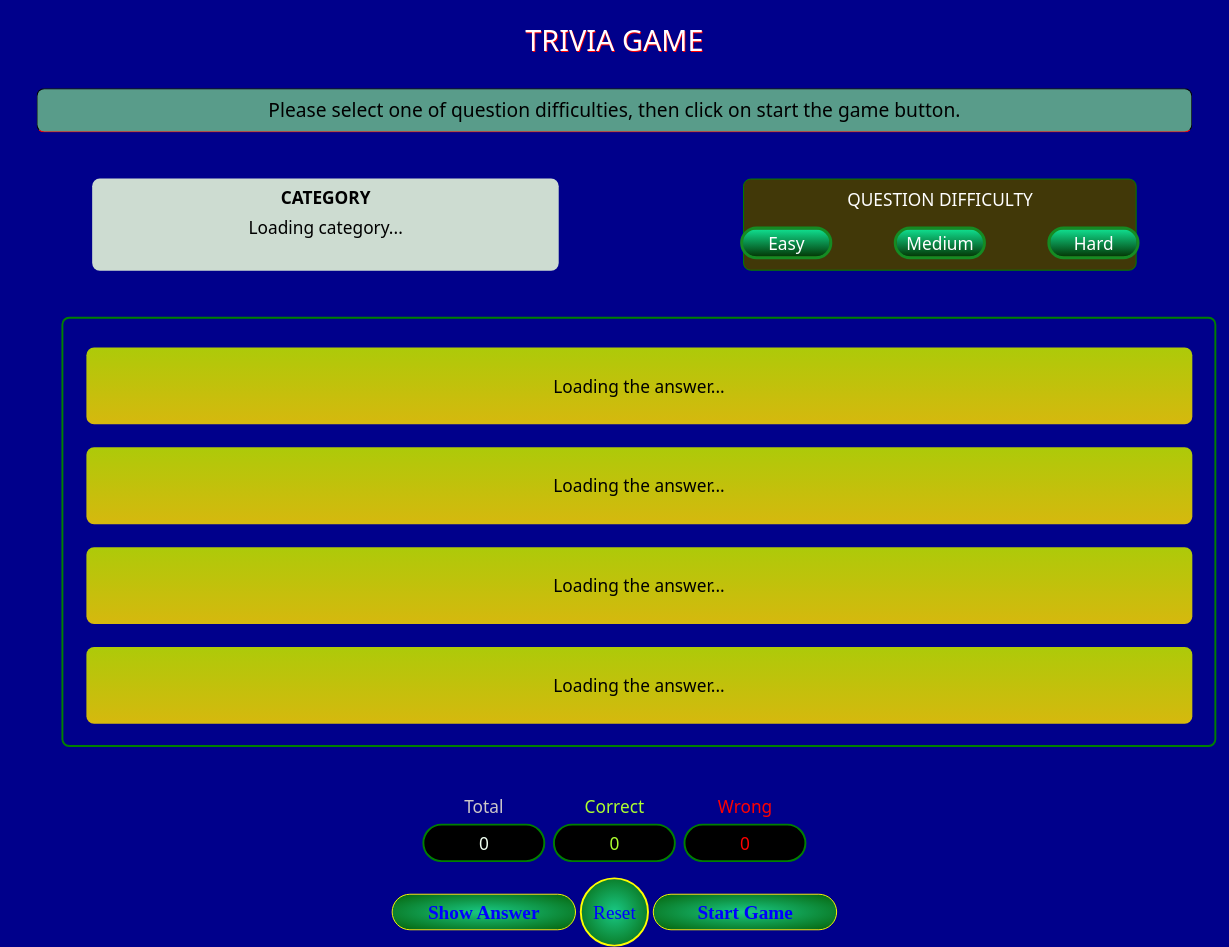
Repository: ShindanoSingi/bembe-trivia
Page: index.html
The author's editor kept a copy of each file at every save. The page is drawn from the files as they stood at one save, then again after the next save.
The browser window is 1280 px wide. The pictures show the whole page, at 96% of full size.
Some web libraries are served in a nearby version.

Above is the page before, as saved 2022-09-08 02:58:07.

### index.html
<!DOCTYPE html>
<html lang="en">

    <head>
        <meta charset="UTF-8">
        <meta http-equiv="X-UA-Compatible" content="IE=edge">
        <meta name="viewport" content="width=device-width, initial-scale=1.0">
        <link rel="stylesheet" href="style.css">
        <script src="https://cdn.tailwindcss.com"></script>
        <title>Trivia Game</title>
    </head>

    <body class="">
        <div class="containerBox max-h-[100vh] my-2 flex my-2 flex-col gap-[3rem]">
            <h1 class="text-center text-3xl relative top-4" >TRIVIA GAME</h1>
            <div class="questionBox text-center w-[94vw] md:text-xl h-[6.5rem] p-2 md:p-2 mx-auto rounded-lg">
                Please select one of question difficulties, then click on start the game button.
            </div>
            <div class="category-and-difficulty-container items-center justify-around flex">
                <div class="category-container w-[38vw] md:h-[6rem] h-[4.5rem] bg-[#CDDCD1] flex items-center flex-col py-[0.3rem] rounded-lg">
                    <div class="labelCategory text-sm md:text-lg font-bold md:font-bold text-black">CATEGORY</div>
                    <div class="category text-sm md:text-lg text-center p-1 rounded-lg">
                        Loading category...
                    </div>
                </div>
                <div class="qDifficultyBox w-[50vw] xl:w-[32vw] pb-1 rounded-lg items-center flex h-[4.5rem] md:h-[6rem] justify-around flex-col">
                        <div id="question" class="qCat md:text-lg text-sm">QUESTION DIFFICULTY</div>
                        <div class="difficulties-container lg:gap-10 xl:gap-10 md:flex md:space-x-6 flex gap-1">
                            <button class="difficulty px-1.5 md:w-[6rem] text-sm md:text-lg rounded-full" id="easy">Easy</button>
                            <button class="difficulty md:w-[6rem] px-1.5 rounded-full md:text-lg text-sm" id="medium">Medium</button>
                            <button class="difficulty md:w-[6rem] px-1.5 text-sm md:text-lg rounded-full" id="hard">Hard</button>
                    </div>
                </div>
            </div>
            <div class="imgAndQuestions">
                    <div class="answersButtons img w-[94vw] h-[28rem] self-auto  ml-[5vw] flex space-y-2 justify-center items-center p-4 gap-4 flex-col">
                        <button class="showAnswer md:text-lg w-[90vw] p-1 absolute bottom-[17rem] mx-auto text-sm h-[5rem]">Loading the answer...</button>
                        <button class="response md:text-lg w-[90vw] p-1 text-center text-md h-[5rem]" id="response1">Loading the answer...</button>
                        <button class="response md:text-lg w-[90vw] p-1 text-md h-[5rem]" id="response2">Loading the answer...</button>
                        <button class="response md:text-lg w-[90vw] p-1 text-md h-[5rem]" id="response3">Loading the answer...</button>
                        <button class="response md:text-lg w-[90vw] p-1 text-md h-[5rem]" id="response4">Loading the answer...</button>
                    </div>
                </div>

            <div id="bottomPart" class="flex  mx-auto flex-col items-center gap-4">
                <div class="labelsAndButtons relative left-1 flex space-x-2">
                    <div class="question-number flex flex-col items-center">
                        <p class="labels md:text-lg pb-1" id="labelQ">Total</p>
                        <div class="bottombuttons md:w-[8rem] md:text-lg w-[5rem] text-center py-1" id="questionNumber">0</div>
                    </div>
                    <div class="correct-answers md:text-lg flex flex-col items-center">
                        <p class="labels pb-1" id="labelC">Correct</p>
                        <div class="bottombuttons md:text-lg w-[5rem] md:w-[8rem] text-center py-1" id="correct">0</div>
                    </div>
                    <div class="wrong-answers md:text-lg flex flex-col items-center">
                        <p class="labels pb-1" id="labelW">Wrong</p>
                        <div class="bottombuttons md:w-[8rem] md:text-lg w-[5rem] text-center py-1" id="wrong">0</div>
                    </div>
                    <div class="timerQuestionCorrectWrong"></div>
                </div>
                <div class="threeBottomButtons">
                    <button class="w-[8rem] text-lg md:text-xl md:w-48 py-1" id="showAnswer">Show Answer</button>
                    <button class="reset text-lg p-1 md:w-[4.5rem] md:text-xl md:h-[4.5rem] w-[3.5rem] h-[3.5rem] rounded-full">Reset</button>
                    <button class="startGame text-lg w-[8rem] md:text-xl md:w-48 py-1">Start Game</button>
                </div>
            </div>
            </div>
        <script src="./script.js"></script>
    </body>
</html>

### style.css
/* @media screen and (min-width: 1024px) {
    .difficulties-container{
       display: flex;
       align-items: space-around;
    }
} */

/* iPhone 8 and smaller */
@media screen and (min-width: 320px) {
    /*  Set h1 text to red */
    h1 {
        color: #fff;
        text-shadow: 0.05rem 0.05rem red;
    }

    /* The box containing the question */
    .questionBox {
        color: rgb(0, 0, 0);
        border: 0.02rem solid;
        background-color: rgb(89, 156, 138);
        border-bottom-color: red;
    }

    /* Label for category */
    .labelCategory {
        color: white;
    }

    /* The show answer message box */
    .showAnswer {
        color: honeydew;
        visibility: hidden;
        border: 0.1rem solid green;
        border-radius: 0.5rem;
        background-color:rgb(2, 27, 3);
    }
    /*  Individual difficulty button */
    .difficulty {
        background-image: linear-gradient(rgb(16, 221, 142), rgb(4, 58, 7));
        border: 0.2rem solid rgb(21, 139, 35);
        color: white;
    }

    /*  Class containing all difficulty buttons */
    .difficulties-container {
        border-color: green;
    }
    /* The box containing difficulty buttons */
    .qDifficultyBox {
        border: 0.14vh solid green;
        background-color: rgb(65, 56, 8);
        color: white;
    }

    /* image */
    .img {
        border: 0.15rem solid green;
        border-radius: 0.5rem;
    }
    /* all response buttons */
    .response {
        border-color: green;
        background-image: linear-gradient(rgb(173, 202, 9), rgb(214, 184, 14));
        color: black;
        border-radius: 0.5rem;
    }
    /* All response buttons */
    .response:hover {
        background-image: linear-gradient(rgb(32, 90, 165), rgb(72, 168, 192));
    }

    /* Show answer button */
    #showAnswer {
        color: blue;
        border: 0.54vh solid green;
        border: 0.27vh solid yellow;
        border-radius: 20rem;
        font-family: cursive;
        font-weight: bold;
        background-image: radial-gradient(rgb(25, 201, 133), rgb(6, 99, 10));
    }
    #showAnswer:hover {
        background-image: radial-gradient(rgb(201, 25, 25), rgb(93, 99, 6));
        color: white;
    }
    /* Start game button */
    .startGame {
        color: blue;
        border: 0.54vh solid green;
        border: 0.27vh solid yellow;
        border-radius: 20rem;
        font-family: cursive;
        font-weight: bold;
        background-image: radial-gradient(rgb(25, 201, 133), rgb(6, 99, 10));
    }
    /* Start game button */
    .startGame:hover {
        background-image: radial-gradient(rgb(201, 25, 25), rgb(93, 99, 6));
        color: white;
    }
    /* Reset button */
    .reset {
        color: blue;
        border: 0.5rem solid green;
        border: 0.15rem solid yellow;
        font-family: cursive;
        background-image: radial-gradient(rgb(25, 201, 133), rgb(6, 99, 10));
    }
    /* Reset button */
    .reset:hover {
        background-image: radial-gradient(rgb(201, 25, 25), rgb(93, 99, 6));
        color: white;
    }

    /* Class containing the 3 bottom labels  (total questions, correct answers and wrong answers) */
    .question-number {
        color: rgb(205, 200, 200);
    }

    .correct-answers {
        color: greenyellow;
    }

    .wrong-answers {
        color: red;
    }

    /* The bottom boxes for total question number, correct answers and wrong answers */
    .bottombuttons {
        border: 0.15rem solid green;
        background-color: black;
        color: honeydew;
        border-radius: 2rem;
    }

    /* Set the wrong anser to red */
    #wrong {
        color: rgb(255, 0, 0);
    }
    /* Set the correct anser to green */
    #correct {
        color: greenyellow;
    }

    /* Change the color when "easy" button is hovered over */
    #easy:hover {
        background-image: linear-gradient(rgb(202, 9, 9), rgb(214, 184, 14));
    }
    /* Change the color when "easy" button is hovered over */
    #medium:hover {
        background-image: linear-gradient(rgb(202, 9, 9), rgb(214, 184, 14));
    }
    /* Change the color when "easy" button is hovered over */
    #hard:hover {
        background-image: linear-gradient(rgb(202, 9, 9), rgb(214, 184, 14));
    }

    body {
      background-color: darkblue;
    }
}

Loaded but not shown: script.js (421 lines, source omitted)

After the next save:
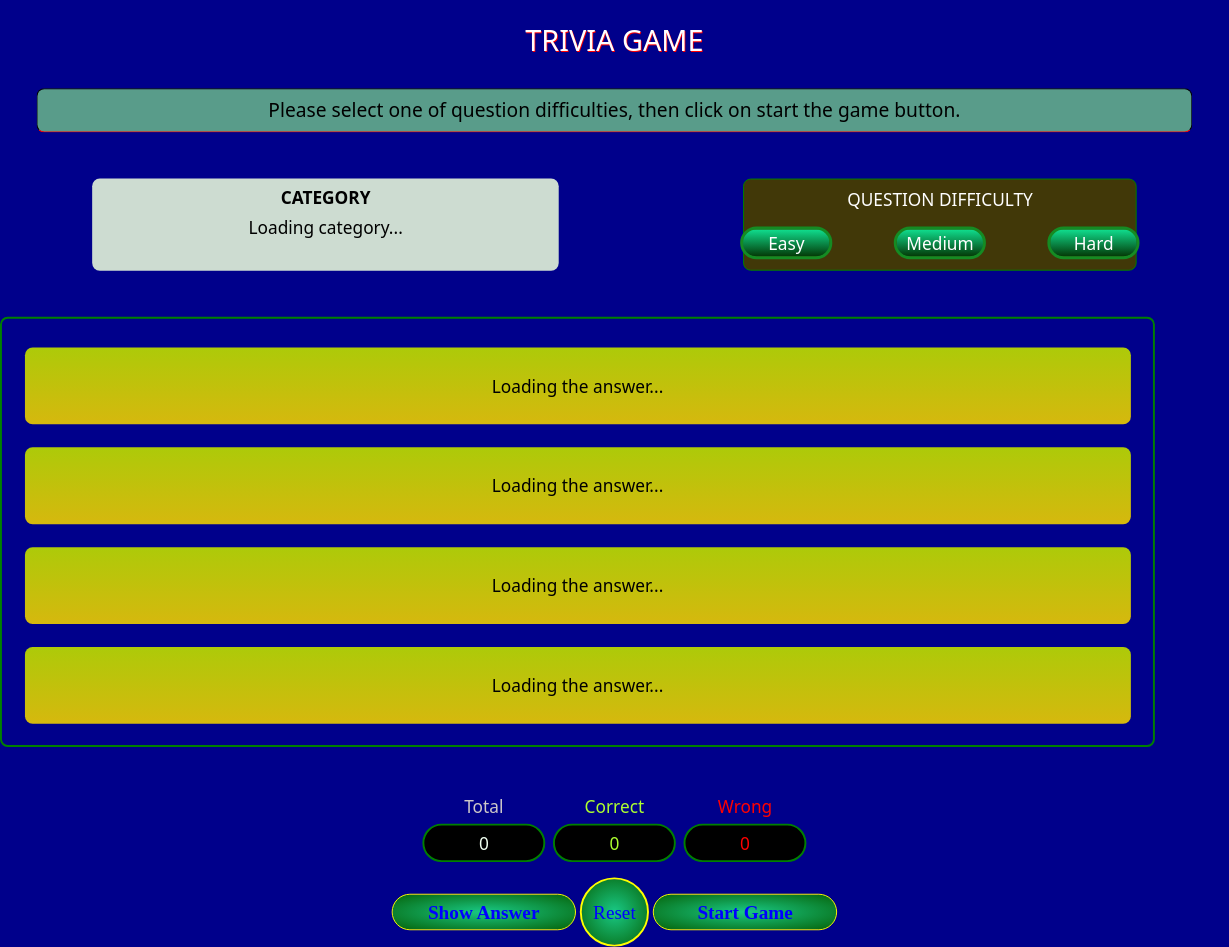
Saved 18 s later.
--- a/index.html
+++ b/index.html
@@ -33,7 +33,7 @@
                 </div>
             </div>
             <div class="imgAndQuestions">
-                    <div class="answersButtons img w-[94vw] h-[28rem] self-auto  ml-[5vw] flex space-y-2 justify-center items-center p-4 gap-4 flex-col">
+                    <div class="answersButtons img w-[94vw] h-[28rem] flex space-y-2 justify-center items-center p-4 gap-4 flex-col">
                         <button class="showAnswer md:text-lg w-[90vw] p-1 absolute bottom-[17rem] mx-auto text-sm h-[5rem]">Loading the answer...</button>
                         <button class="response md:text-lg w-[90vw] p-1 text-center text-md h-[5rem]" id="response1">Loading the answer...</button>
                         <button class="response md:text-lg w-[90vw] p-1 text-md h-[5rem]" id="response2">Loading the answer...</button>
